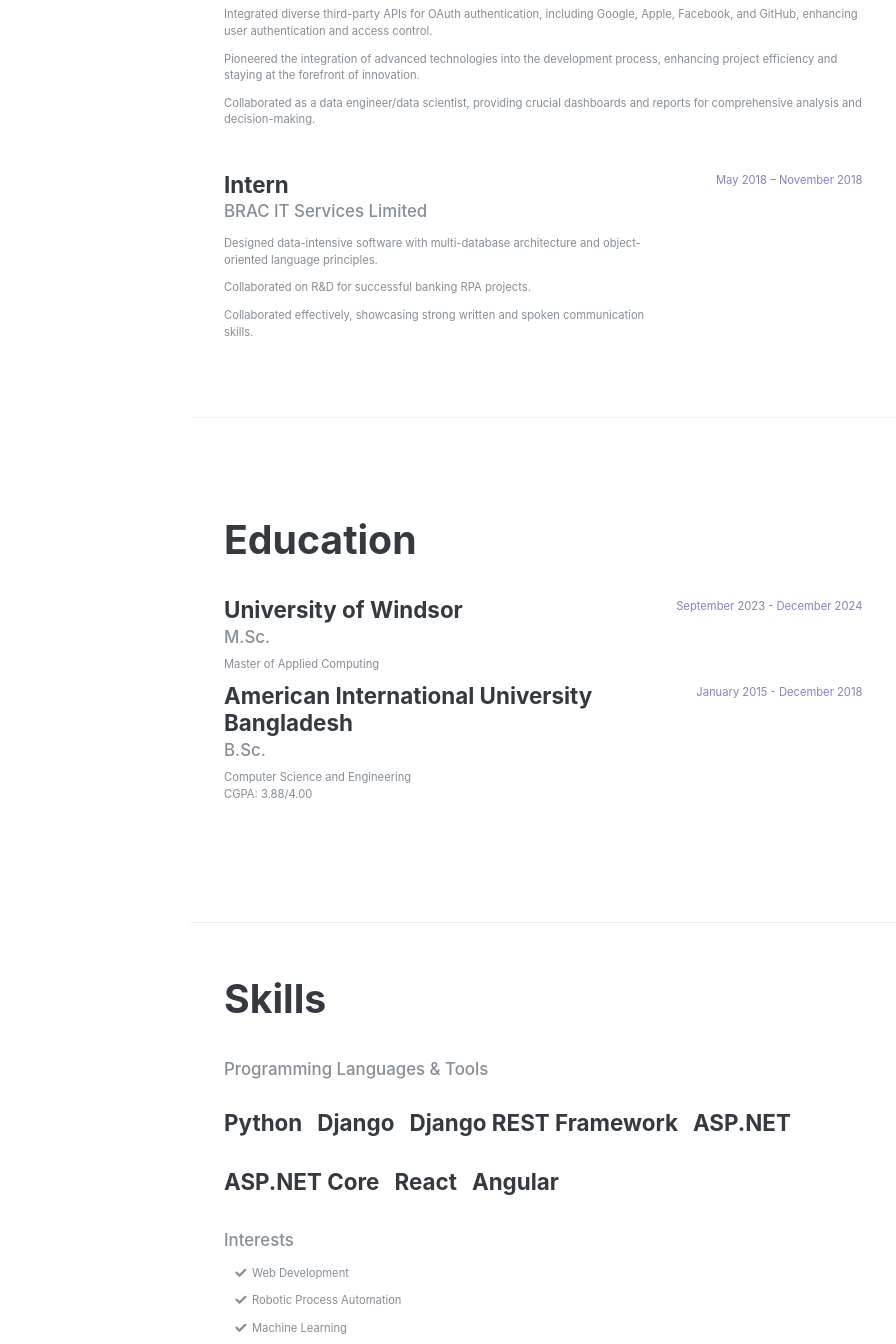
Repository: xahin96/xahin96.github.io
Page: index.html
The author's editor kept a copy of each file at every save. The page is drawn from the files as they stood at one save, then again after a run of saves.
The browser window is 1280 px wide. The pictures show the part of the page from y = 1426 to 3346 px (the page is 5545 px tall before and 5455 px after), at 70% of full size.
Some web fonts or font styles are not loaded; a fallback is used.

Above is the page before, as saved 2024-04-27 12:35:21.

After the next 2 saves:
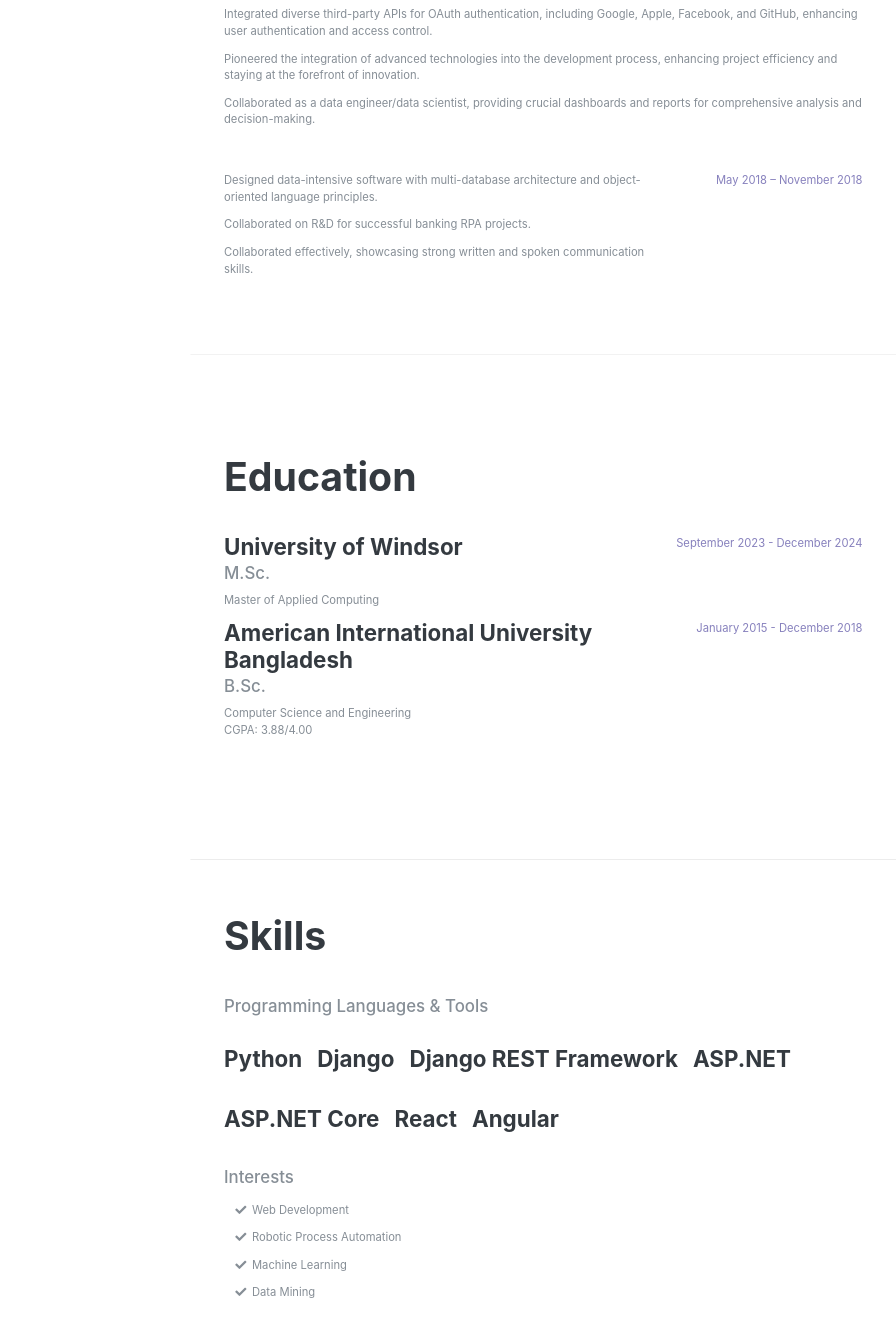
The 2 saves are shown as one change because they came seconds apart.
The last was saved 36 s later.
--- a/index.html
+++ b/index.html
@@ -134,20 +134,22 @@
                 <span class="text-primary">November 2018 – December 2022</span>
               </div>
             </div>
-
-            <li>Engineered RPA solutions achieving 5 to 20 times faster process completion with 100% accuracy.</li>
-            <li>Orchestrated large-scale projects encompassing Microservices, ERP software, RPA, and IoT, employing industry-standard agile methodologies and adhering to robust design patterns.</li>
-            <li>Integrated diverse third-party APIs for OAuth authentication, including Google, Apple, Facebook, and GitHub, enhancing user authentication and access control.</li>
-            <li>Pioneered the integration of advanced technologies into the development process, enhancing project efficiency and staying at the forefront of innovation.</li>
-            <li>Collaborated as a data engineer/data scientist, providing crucial dashboards and reports for comprehensive analysis and decision-making.</li>
+            <ul>
+              <li>Engineered RPA solutions achieving 5 to 20 times faster process completion with 100% accuracy.</li>
+              <li>Orchestrated large-scale projects encompassing Microservices, ERP software, RPA, and IoT, employing industry-standard agile methodologies and adhering to robust design patterns.</li>
+              <li>Integrated diverse third-party APIs for OAuth authentication, including Google, Apple, Facebook, and GitHub, enhancing user authentication and access control.</li>
+              <li>Pioneered the integration of advanced technologies into the development process, enhancing project efficiency and staying at the forefront of innovation.</li>
+              <li>Collaborated as a data engineer/data scientist, providing crucial dashboards and reports for comprehensive analysis and decision-making.</li>
+            </ul>
           </div>
 
         </div>
 
         <div class="resume-item d-flex flex-column flex-md-row justify-content-between mb-5">
           <div class="resume-content">
-            <h3 class="mb-0">Intern</h3>
-            <div class="subheading mb-3">BRAC IT Services Limited</div>
+            <div>
+
+            </div>
             <li>Designed data-intensive software with multi-database architecture and object-oriented language principles.</li>
             <li>Collaborated on R&D for successful banking RPA projects.</li>
             <li>Collaborated effectively, showcasing strong written and spoken communication skills.
